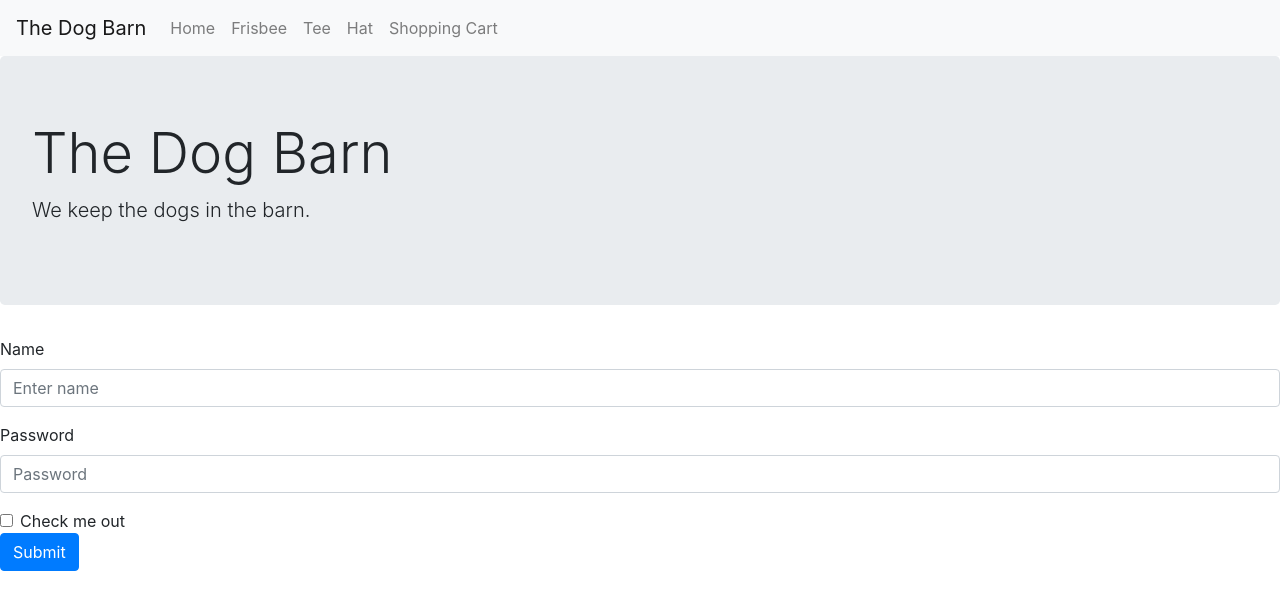
Repository: crudolph1214/SQL-Project
Page: http://localhost/checkout.php
The author's editor kept a record of every edit. The page is drawn from the files as they stood at one moment, then again after the next edit.
The browser window is 1280 px wide. The pictures show the whole page.
The page is run by PHP 8.4 with error messages shown; the project is at /var/www/html/.

Above is the page before.

After the next edit:
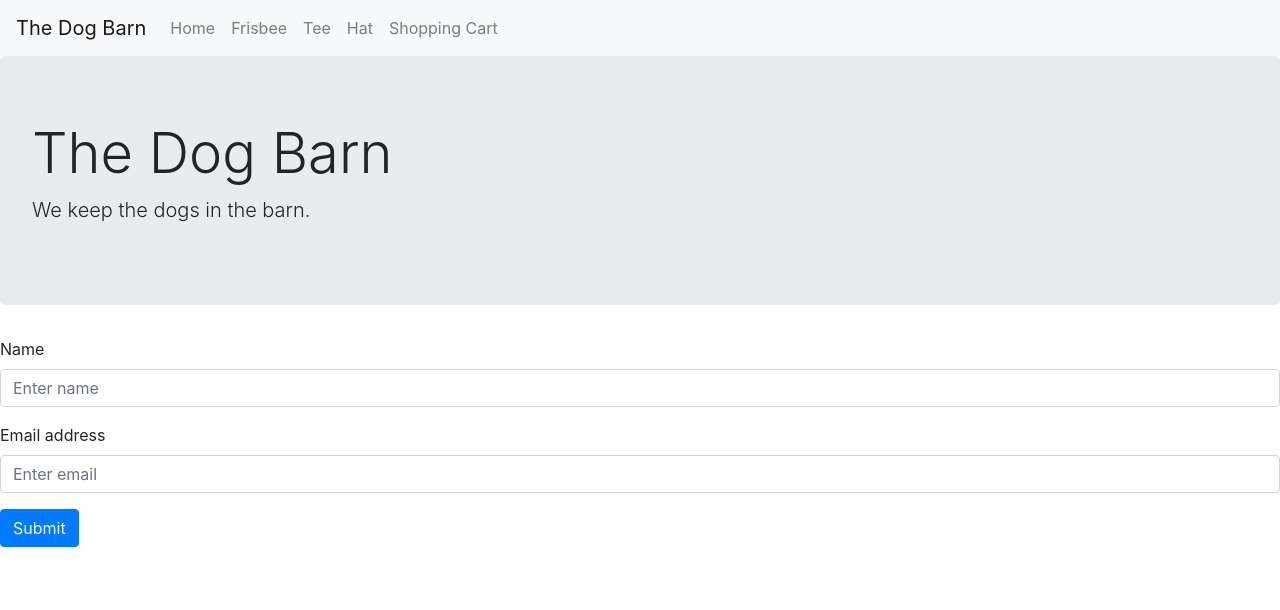
The edit:
--- a/workspace/checkout.php
+++ b/workspace/checkout.php
@@ -48,12 +48,8 @@
                 <input type="email" class="form-control" id="exampleInputEmail1" aria-describedby="emailHelp" placeholder="Enter name">
             </div>
             <div class="form-group">
-                <label for="exampleInputPassword1">Password</label>
-                <input type="password" class="form-control" id="exampleInputPassword1" placeholder="Password">
-            </div>
-            <div class="form-check">
-                <input type="checkbox" class="form-check-input" id="exampleCheck1">
-                <label class="form-check-label" for="exampleCheck1">Check me out</label>
+                <label for="exampleInputEmail1">Email address</label>
+                <input type="email" class="form-control" id="exampleInputEmail1" aria-describedby="emailHelp" placeholder="Enter email">
             </div>
             <button type="submit" class="btn btn-primary">Submit</button>
         </form>
